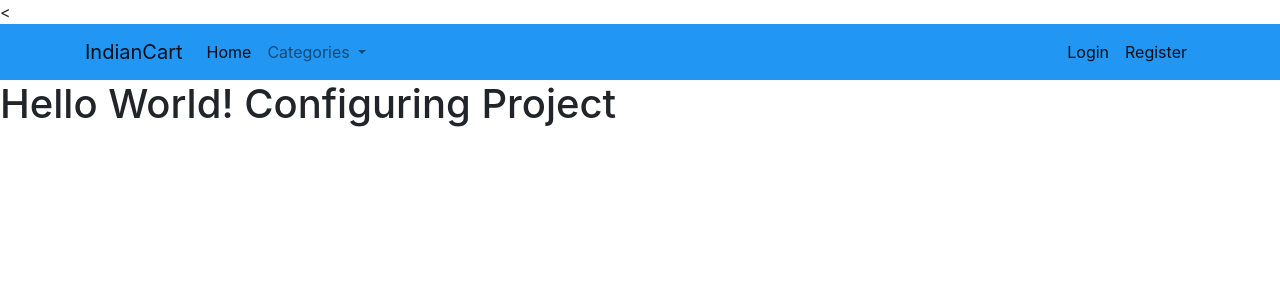
Repository: neerajchavan/E-Commerce-Project
Page: http://localhost/E-Commerce-Project/
An editor plug-in stored every save of this project. The page is shown before and after the next save, followed by the edit.
The browser window is 1280 px wide. The pictures show the whole page.
Some web libraries are served in a nearby version. The page is served by Tomcat 9. Other server files are loaded and not shown.

Above is the page before, as saved 2020-10-07 14:49:53.

### E-Commerce-Project/WebContent/index.jsp
<%@ page language="java" contentType="text/html; charset=UTF-8"
    pageEncoding="UTF-8"%>
<!DOCTYPE html>
<html>

<head>
<meta charset="UTF-8">
<title>Insert title here</title>
<%@include file="Components/Common_JS_CSS.jsp" %>
</head>

<body>
	<%@include file="Components/navbar.jsp" %>
	<h1>Hello World! Configuring Project</h1>
</body>

</html>

### E-Commerce-Project/WebContent/Components/Common_JS_CSS.jsp
<!-- CSS -->
<link rel="stylesheet" href="https://maxcdn.bootstrapcdn.com/bootstrap/4.0.0/css/bootstrap.min.css" integrity="sha384-Gn5384xqQ1aoWXA+058RXPxPg6fy4IWvTNh0E263XmFcJlSAwiGgFAW/dAiS6JXm" crossorigin="anonymous">
<<link rel="stylesheet" type="text/css" href="CSS/Style.css">

<!-- BOOTSTRAP -->
<script src="https://code.jquery.com/jquery-3.2.1.slim.min.js" integrity="sha384-KJ3o2DKtIkvYIK3UENzmM7KCkRr/rE9/Qpg6aAZGJwFDMVNA/GpGFF93hXpG5KkN" crossorigin="anonymous"></script>
<script src="https://cdnjs.cloudflare.com/ajax/libs/popper.js/1.12.9/umd/popper.min.js" integrity="sha384-ApNbgh9B+Y1QKtv3Rn7W3mgPxhU9K/ScQsAP7hUibX39j7fakFPskvXusvfa0b4Q" crossorigin="anonymous"></script>
<script src="https://maxcdn.bootstrapcdn.com/bootstrap/4.0.0/js/bootstrap.min.js" integrity="sha384-JZR6Spejh4U02d8jOt6vLEHfe/JQGiRRSQQxSfFWpi1MquVdAyjUar5+76PVCmYl" crossorigin="anonymous"></script>

<!-- JS -->
<script src="js/script.js"></script>

### E-Commerce-Project/WebContent/Components/navbar.jsp
<nav class="navbar navbar-expand-lg navbar-light custom-bg">
<div class="container">
  <a class="navbar-brand" href="#">IndianCart</a>
  <button class="navbar-toggler" type="button" data-toggle="collapse" data-target="#navbarSupportedContent" aria-controls="navbarSupportedContent" aria-expanded="false" aria-label="Toggle navigation">
    <span class="navbar-toggler-icon"></span>
  </button>

  <div class="collapse navbar-collapse" id="navbarSupportedContent">
    <ul class="navbar-nav mr-auto">
      <li class="nav-item active">
        <a class="nav-link" href="#">Home <span class="sr-only">(current)</span></a>
      </li>

      <li class="nav-item dropdown">
        <a class="nav-link dropdown-toggle" href="#" id="navbarDropdown" role="button" data-toggle="dropdown" aria-haspopup="true" aria-expanded="false">
          Categories
        </a>
        <div class="dropdown-menu" aria-labelledby="navbarDropdown">
          <a class="dropdown-item" href="#">Action</a>
          <a class="dropdown-item" href="#">Another action</a>
          <div class="dropdown-divider"></div>
          <a class="dropdown-item" href="#">Something else here</a>
        </div>
      </li>

    </ul>

	<ul class="navbar-nav ml-auto">
		<li class="nav-item active">
        	<a class="nav-link" href="Login.jsp">Login</a>
      </li>

      <li class="nav-item active">
        	<a class="nav-link" href="Register.jsp">Register</a>
      </li>

	</ul>
  </div>
</div>

</nav>

### E-Commerce-Project/WebContent/CSS/Style.css
.custom-bg{
	background:#2196f3;
}

### E-Commerce-Project/WebContent/JS/Script.js
alert('Loading JS!')

After the next save:
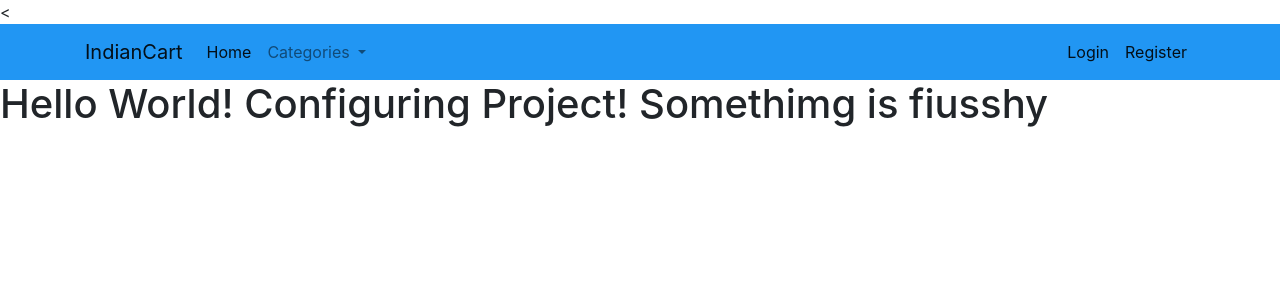
Saved 74 s later.
--- a/E-Commerce-Project/WebContent/index.jsp
+++ b/E-Commerce-Project/WebContent/index.jsp
@@ -11,7 +11,7 @@
 
 <body>
 	<%@include file="Components/navbar.jsp" %>
-	<h1>Hello World! Configuring Project</h1>
+	<h1>Hello World! Configuring Project! Somethimg is fiusshy</h1>
 </body>
 
 </html>

After the save that followed:
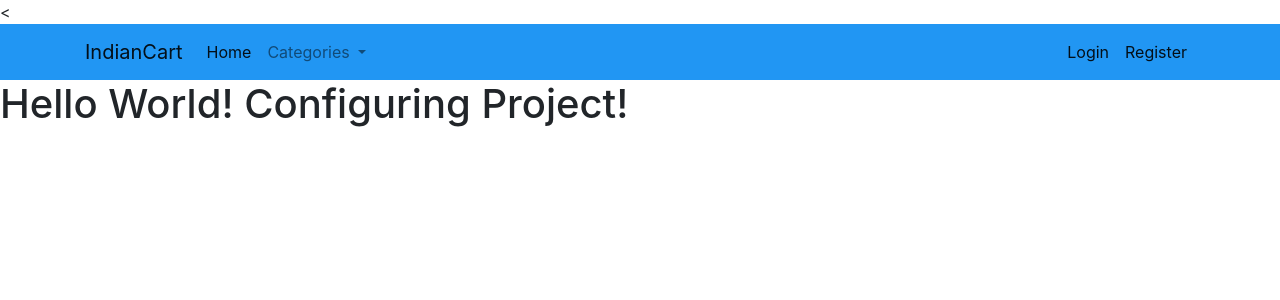
Saved 5 s later.
--- a/E-Commerce-Project/WebContent/index.jsp
+++ b/E-Commerce-Project/WebContent/index.jsp
@@ -11,7 +11,7 @@
 
 <body>
 	<%@include file="Components/navbar.jsp" %>
-	<h1>Hello World! Configuring Project! Somethimg is fiusshy</h1>
+	<h1>Hello World! Configuring Project!</h1>
 </body>
 
 </html>
